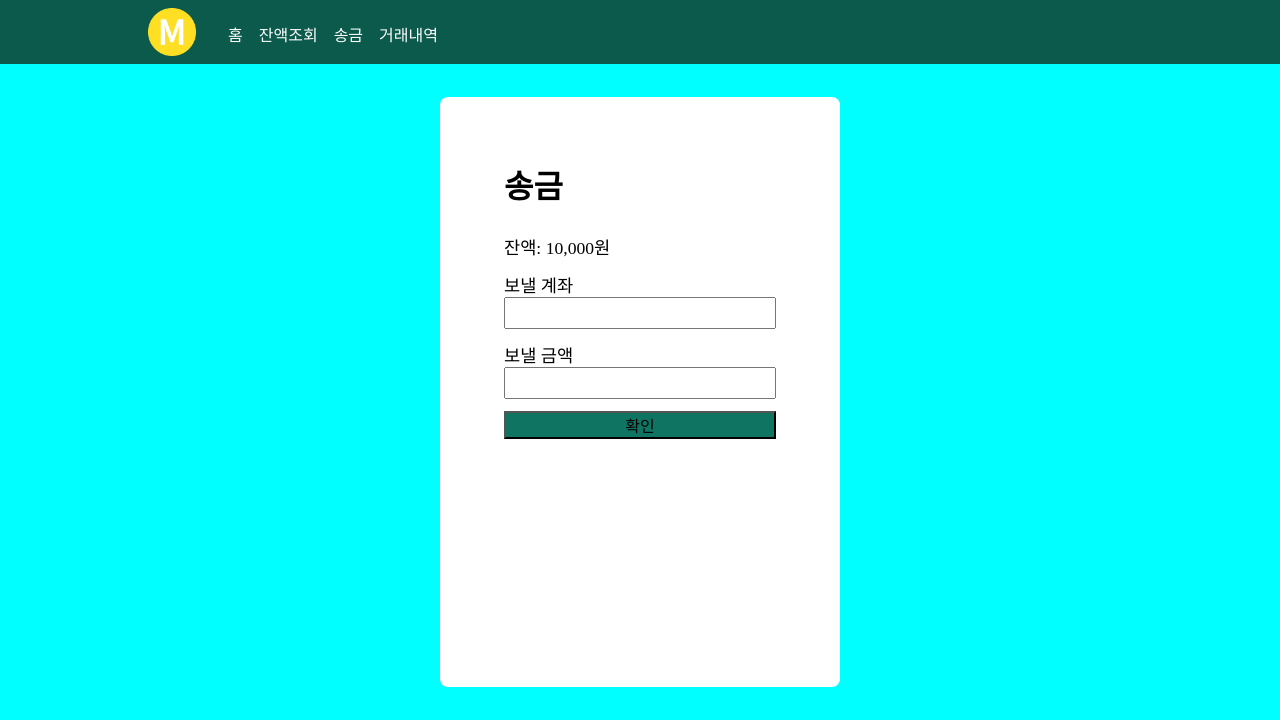
Repository: JiNookk/makaobank
Page: week06/makaoBank/transfer.html
The author's editor kept a copy of each file at every save. The page is drawn from the files as they stood at one save, then again after the next save.
The browser window is 1280 px wide. The pictures show the whole page.

Above is the page before, as saved 2022-09-13 17:48:52.

### week06/makaoBank/transfer.html
<!DOCTYPE html>
<html lang="ko">
    <head>
        <meta charset="UTF-8">
        <title>마카오 뱅크</title>
        <!-- <link rel="favicon for makaoBank" href="./resources/logo.png"> favicon나중에 넣어보기-->
        <link rel="stylesheet" href="./css/reset.css">
        <link rel="stylesheet" href="./css/layout.css">
        <link rel="stylesheet" href="./css/elements.css">
    </head>
    <body>
        <header>
            <nav id="nav-item-container">
                <a href="./index.html">
                    <img id="home-logo" alt="makaoBank home Button" src="./resources/logo.png">
                </a>
                <a href="./index.html">홈</a>
                <a href="./amount.html">잔액조회</a>
                <a href="./transfer.html">송금</a>
                <a href="./transaction.html">거래내역</a>
                </nav>
        </header>
        <main>
            <section class="content-container">
                <h1>송금</h1>
                <p>
                    잔액: 10,000원
                </p>
                <form action="" method="get">
                    <div>
                        <label for="account"><p>보낼 계좌</p></label>
                        <input type="account" value="">
                    </div>

                    <div>
                        <label for="number"><p>보낼 금액</p></label>
                        <input type="number" value="">
                    </div>

                    <div>
                        <button type="submit">확인</button>
                    </div>
                </form>
            </section>
        </main>
    </body>
</html>

### week06/makaoBank/css/reset.css
* {
    box-sizing: border-box;
    margin: 0px;
    padding: 0px;
}

### week06/makaoBank/css/layout.css
html{
    width: 100%;
    height: 100%;
}

body{
    display: grid;
    grid: 4rem 1fr 18fr 1fr / 1fr 500px 500px 1fr;

    grid-template-areas:
    "header header header header"
    ". . . ."
    ". main main ."
    ". . . .";

    color: white;
    background-color: aqua;

    width: 100%;
    height: 100%;
}

#home-contents-container{
    grid: 4rem 1fr 300px 1fr / 1fr 500px 500px 1fr;
    grid-template-areas:
    "header header header header"
    ". . . ."
    ". main main ."
    ". . . .";
}

header{
    grid-column-start: span 4;
    grid-area:header;

    display: grid;
    grid-template-columns: 1fr 500px 500px 1fr;

    height: 4rem;
    background-color: rgb(11,90,76);
}

nav{
    grid-column-start: 2;
    grid-row-start: 1;
}

nav *{
    margin-right: 1rem;
}

main{
    display: flex;
    justify-content: center;
    grid-area: main;
}

aside{
    grid-area: aside;
}

### week06/makaoBank/css/elements.css
/* aside>div{
    background-image: url("../resources/saving.png");
    width: 100%;
    height: 100%;
} */

h1{
    font-size: 2rem;
}

a{
    color: white;
    text-decoration: none;
}

p{
    font-size: 1.1rem;

    margin-bottom: .8rem;
}

#nav-item-container{
    display: flex;

    align-items: center;

    padding: .5rem;
}

#home-items-container{
    display: flex;
}

#home-logo{
    height: 3rem;
}

#home-description{
    font-size: 1.8rem;

    display: flex;
    flex-direction: column;
    align-items: center;

    width: 500px;
}

#home-description button{
    font-size: .6rem;

    justify-self: center;
    margin: .3rem;
    margin-top: 3rem;

    background-color: rgb(11,90,76);
    color: white;

    width: 160px;
    height: 65px;

    border-radius: 2.3rem;
}

#saving-image{
    width: 72vh;
    height: 40vh;
}

.content-container{
    padding: 4rem;

    width: 40%;
    height: 100%;

    border-radius: .5rem;

    background-color: white;
}

.content-container *{
    color: black;
    /* margin-bottom: .8rem; */
}

.content-container h1{
    margin-bottom: 1.7rem;
}

form p{
    margin-bottom: 0;
}

input{
    margin-bottom: .8rem;

    width: 100%;
    height: 2rem;

    /* border: rgb(109, 108, 108); */
}
form button{
    font-size: 1rem;

    width: 100%;

    background-color: rgb(15,117,98);
    color: white;
}

After the next save:
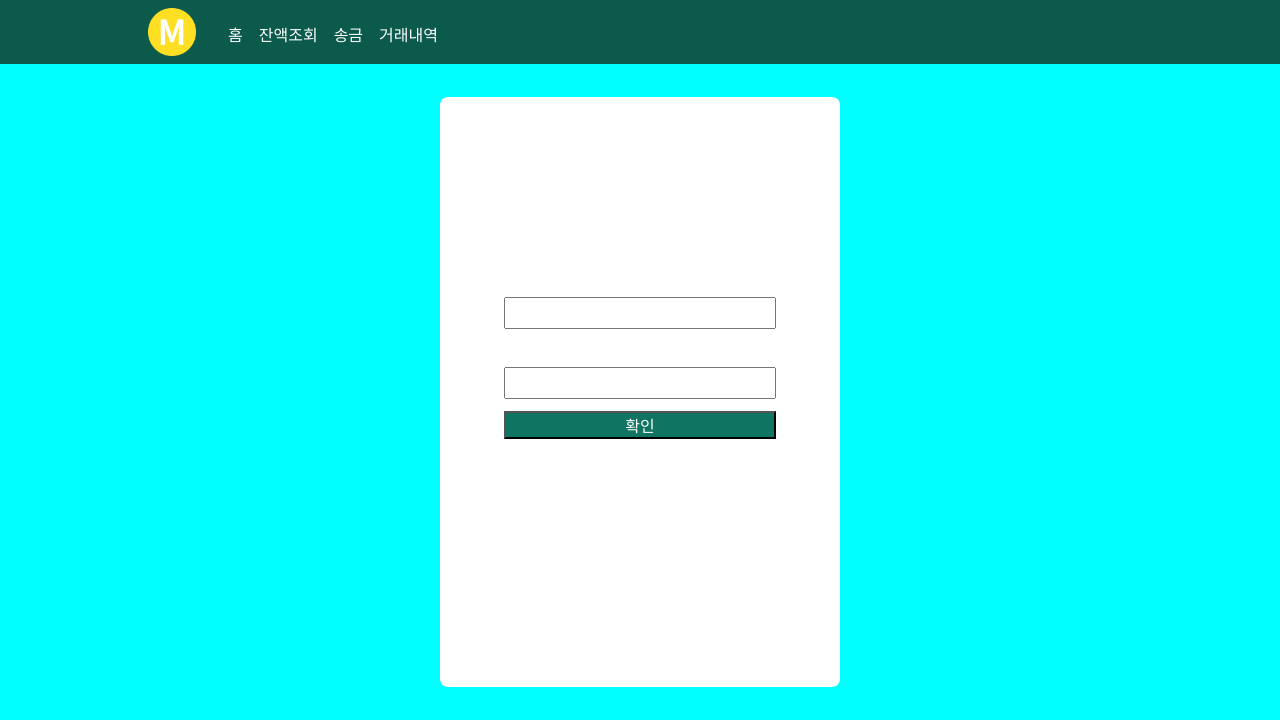
Saved 16 s later.
--- a/week06/makaoBank/css/elements.css
+++ b/week06/makaoBank/css/elements.css
@@ -78,7 +78,7 @@
 }
 
 .content-container *{
-    color: black;
+    /* color: black; */
     /* margin-bottom: .8rem; */
 }
 

After the save that followed:
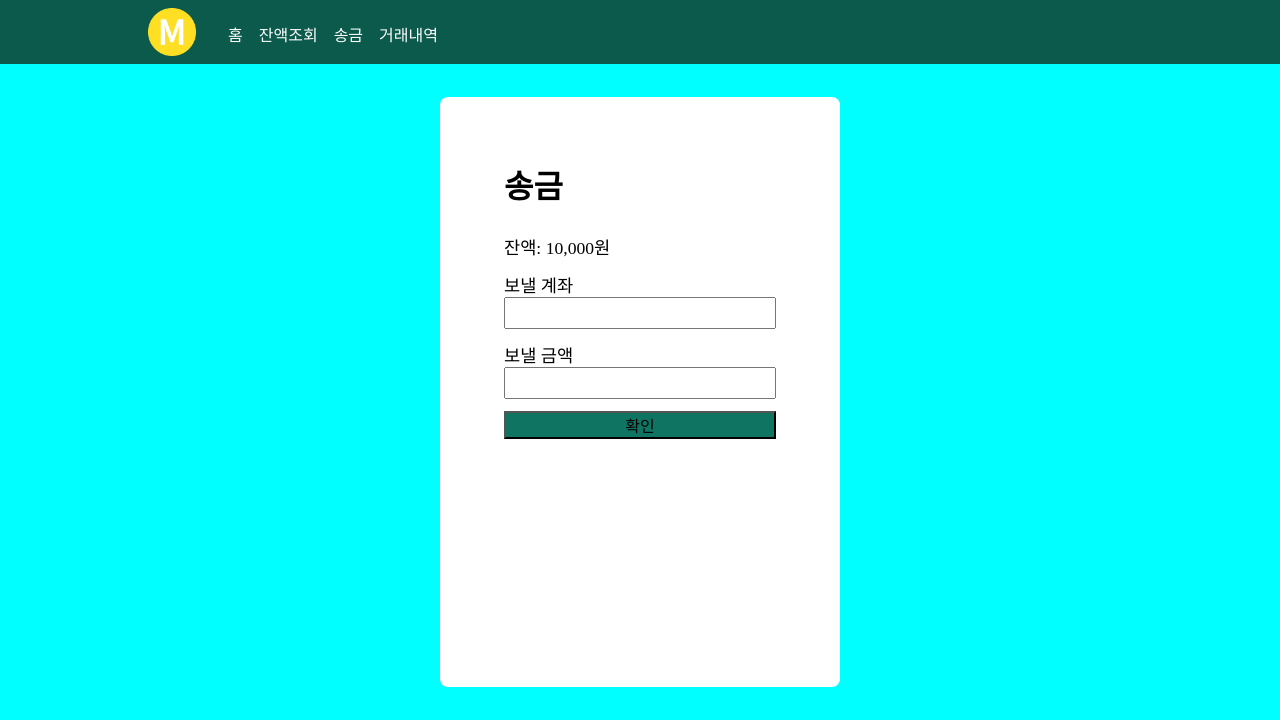
Saved 2 min 25 s later.
--- a/week06/makaoBank/css/elements.css
+++ b/week06/makaoBank/css/elements.css
@@ -78,8 +78,7 @@
 }
 
 .content-container *{
-    /* color: black; */
-    /* margin-bottom: .8rem; */
+    color: black;
 }
 
 .content-container h1{
